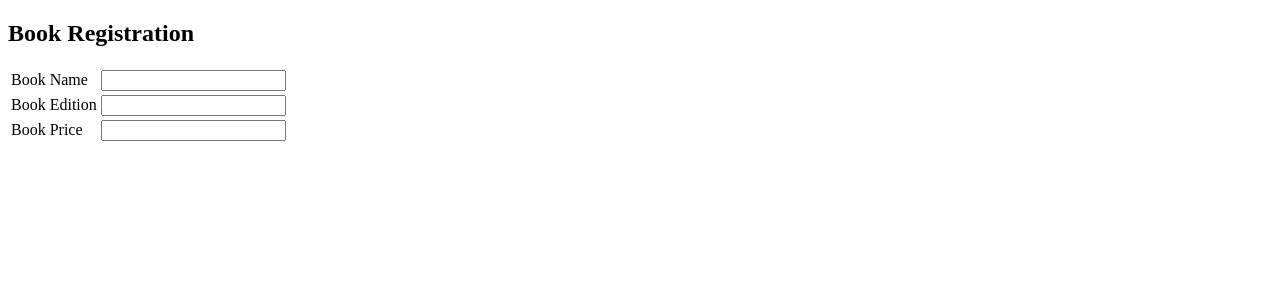
Repository: saurabh-7079/BookApp
Page: BookWebApp/WebContent/home.html
These files come from the project's save history. The page is drawn as it stood at one moment and after the next save; the edit follows.
The browser window is 1280 px wide. The pictures show the whole page.

Above is the page before, as saved 2023-06-05 05:56:30.

After the next save:
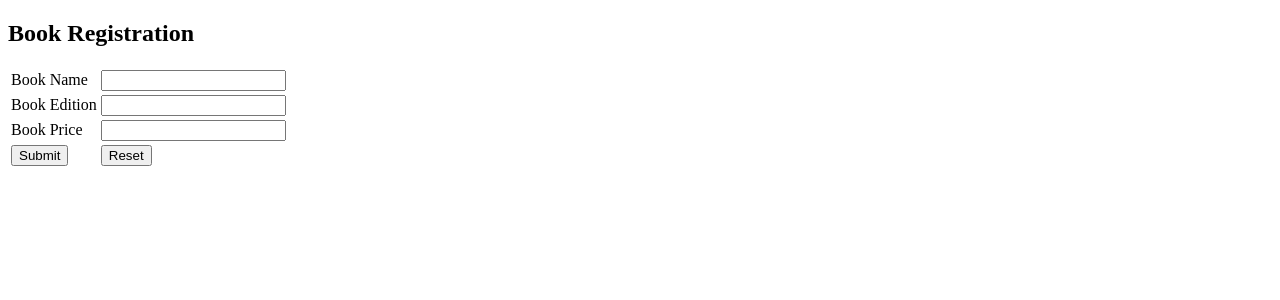
Saved 81 s later.
--- a/BookWebApp/WebContent/home.html
+++ b/BookWebApp/WebContent/home.html
@@ -21,6 +21,10 @@
 <td> Book Price </td>
 <td><input type="text" name="bookPrice"></td>
 </tr>
+<tr>
+<td><input type="submit" name="register"></td>
+<td><input type="reset" name="cancel"></td>
+</tr>
 </table>
 </form>
 </body>
